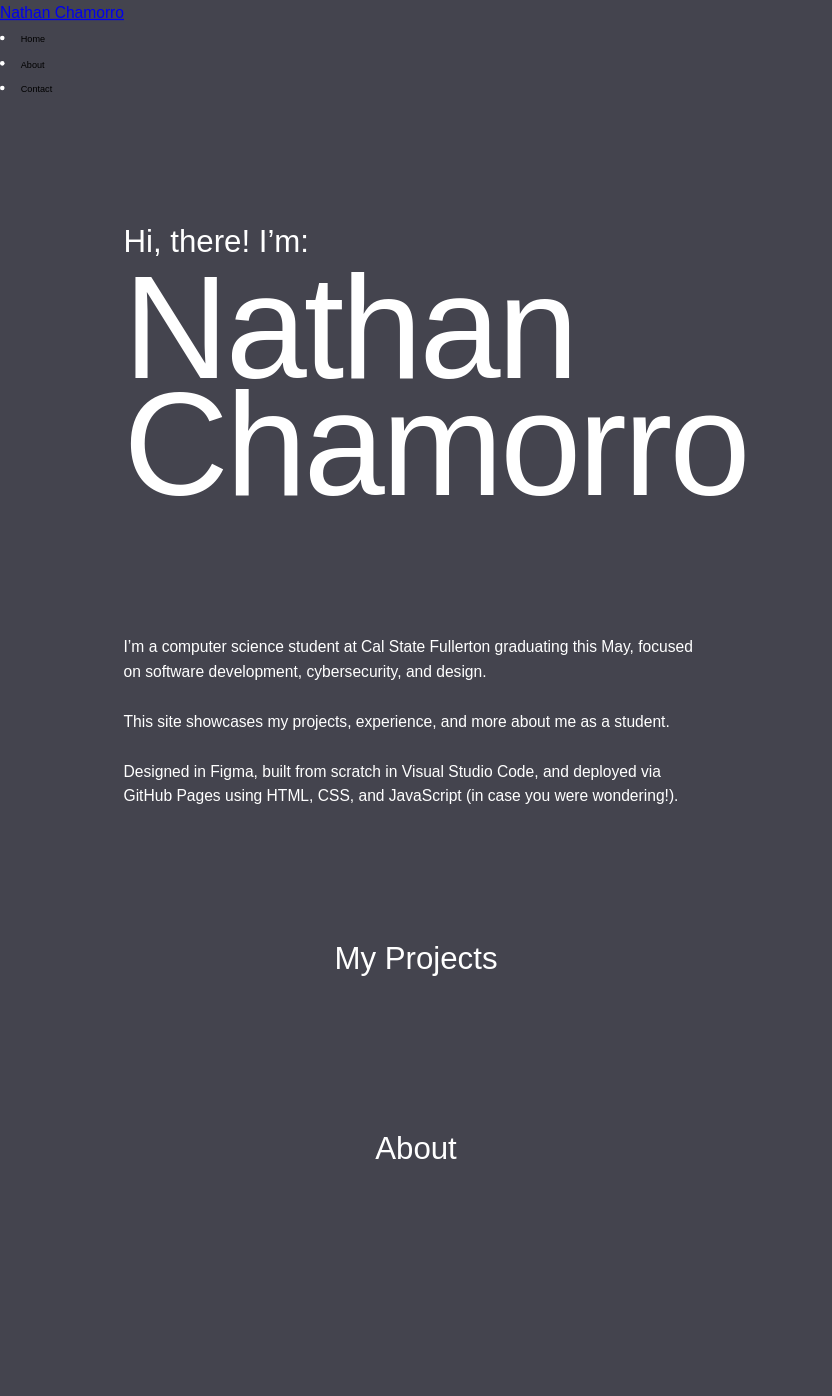
Repository: nathanchamorro1/nathanchamorro1.github.io
Page: index.html
An editor plug-in stored every save of this project. The page is shown before and after the next save, followed by the edit.
The browser window is 1280 px wide. The pictures show the whole page, at 65% of full size.
Some web fonts or font styles are not loaded; a fallback is used.

Above is the page before, as saved 2026-02-17 16:57:23.

After the next save:
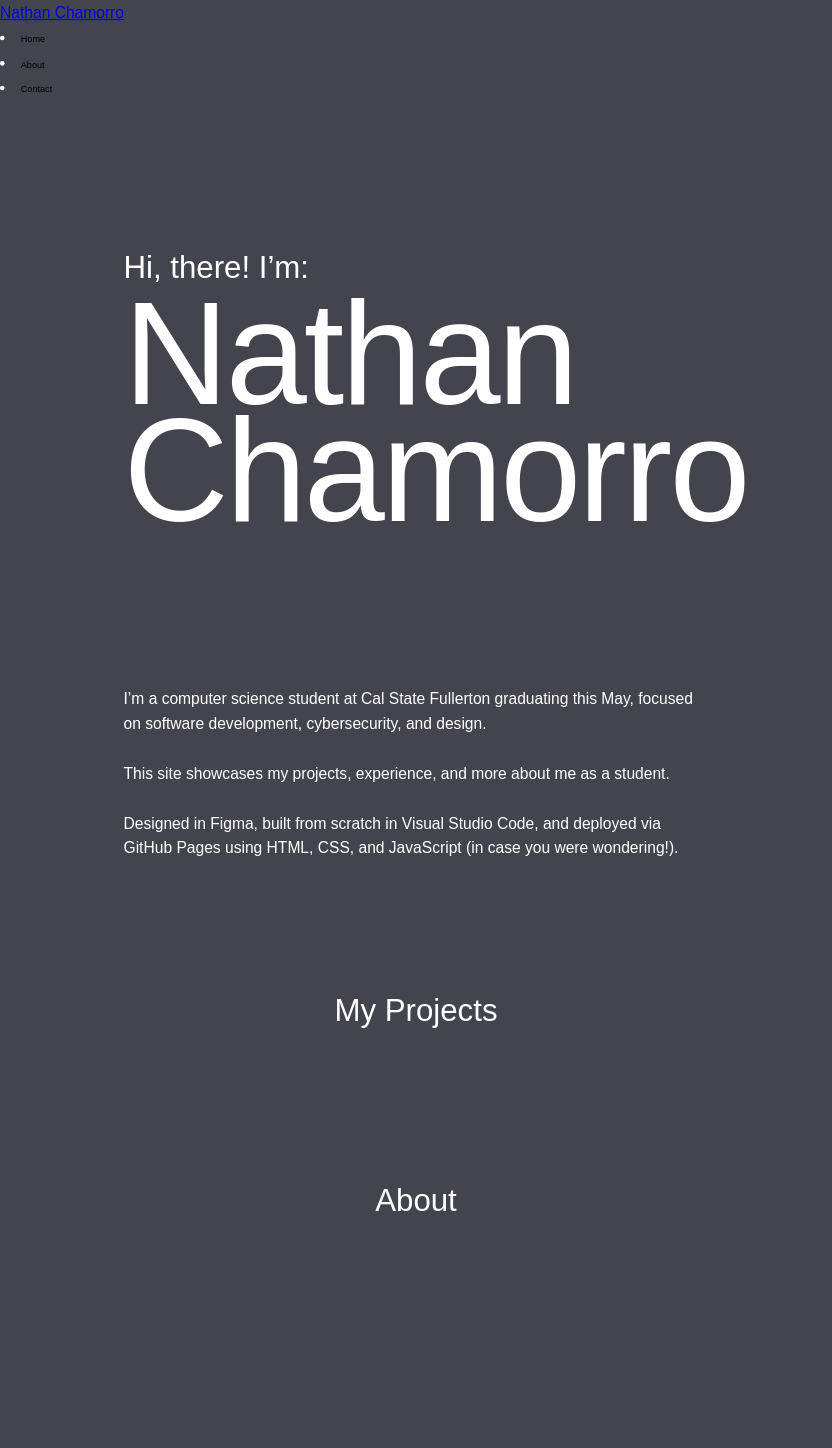
Saved 22 s later.
--- a/css/style.css
+++ b/css/style.css
@@ -21,7 +21,7 @@ body {
 }
 
 .hero {
-    min-height: calc(100vh - 80px);
+    min-height: calc(100vh);
     display: flex;
     align-items: flex-start;
     flex-direction: column;
